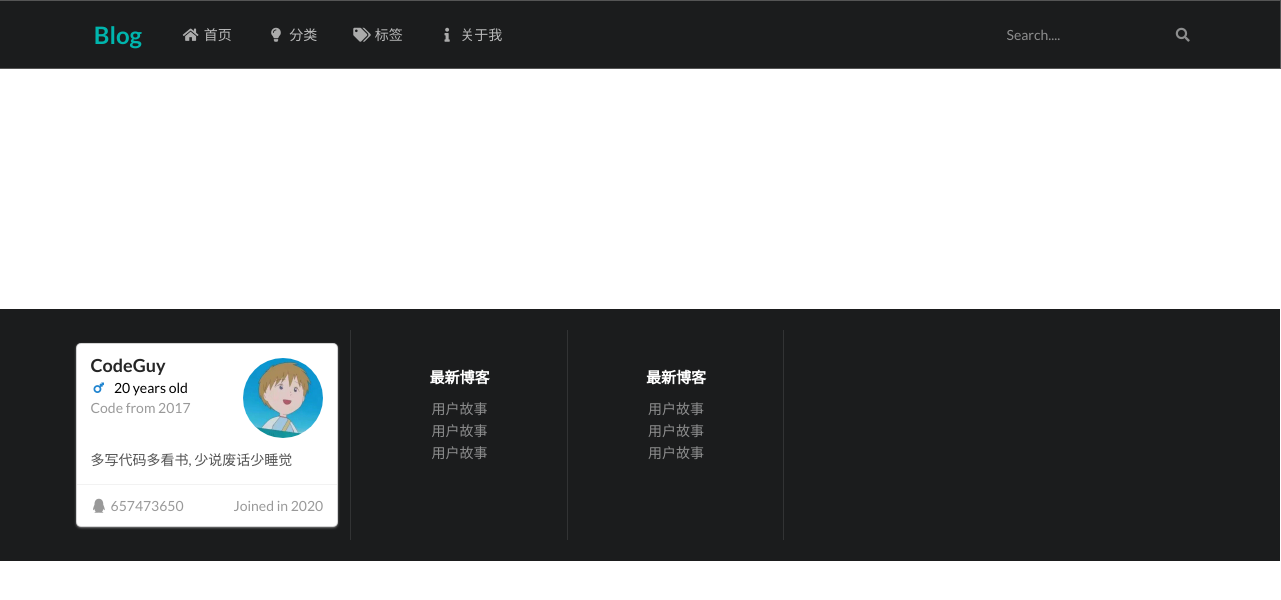
Repository: GOGOHQ/myblog
Page: index.html
An editor plug-in stored every save of this project. The page is shown before and after the next save, followed by the edit.
The browser window is 1280 px wide. The page is 1281 px wide, so the pictures cover 1281 px, including what lies to the right of the window. The pictures show the whole page.
Some web libraries are served in a nearby version.

Above is the page before, as saved 2020-01-16 15:59:07.

After the next save:
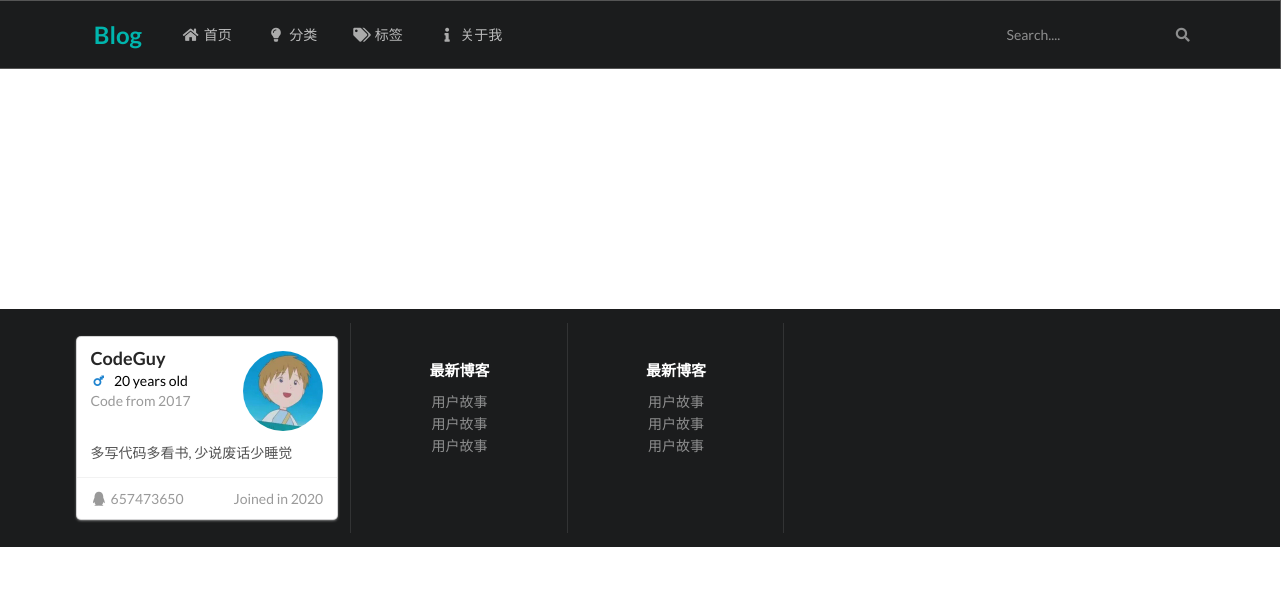
Saved 10 s later.
--- a/static/css/me.css
+++ b/static/css/me.css
@@ -8,6 +8,6 @@
 }
 
 .m-padded-tb-massive {
-    padding-top: 2.5em !important;
-    padding-bottom: 2.5em !important;
+    padding-top: 2.0em !important;
+    padding-bottom: 2.0em !important;
 }
